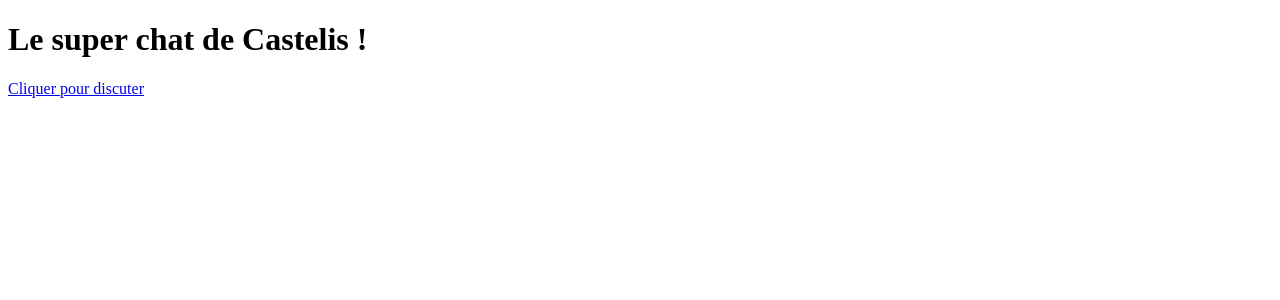
Repository: ahamie71/Whatsup
Page: http://localhost/
These files come from the project's save history. The page is drawn as it stood at one moment and after the next save; the edit follows.
The browser window is 1280 px wide. The pictures show the whole page.
The page is run by PHP 8.4 with error messages shown; the project is at /var/www/html/.

Above is the page before, as saved 2023-02-02 11:34:38.

After the next save:
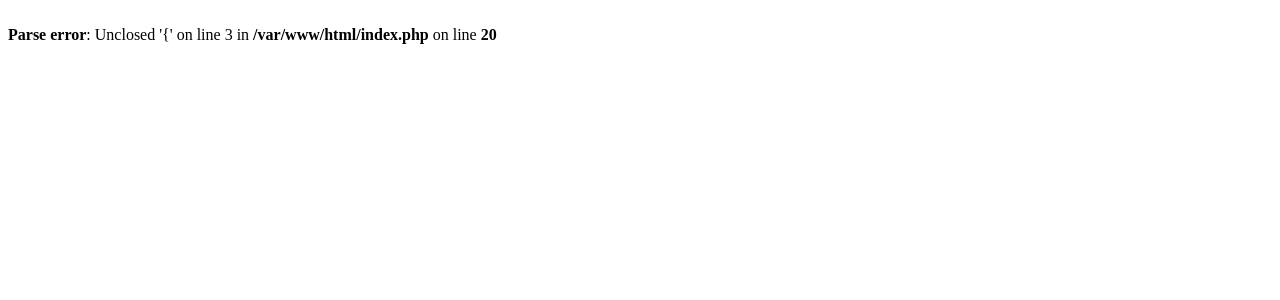
Saved 10 s later.
--- a/index.php
+++ b/index.php
@@ -5,7 +5,7 @@
     if ($_GET['action'] == 'discuter') {
         require_once(dirname(__FILE__) . '/src/Controllers/MessageController.php');
         getMessages();
-    } }
+    }
     else {
         require_once(dirname(__FILE__) . '/src/Controllers/homepageController.php');
         homepage();

After the save that followed:
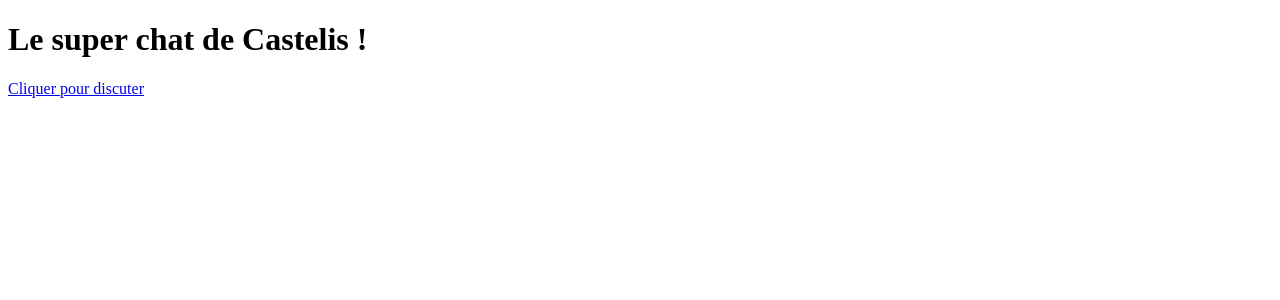
Saved 4 s later.
--- a/index.php
+++ b/index.php
@@ -5,7 +5,7 @@
     if ($_GET['action'] == 'discuter') {
         require_once(dirname(__FILE__) . '/src/Controllers/MessageController.php');
         getMessages();
-    }
+    }}
     else {
         require_once(dirname(__FILE__) . '/src/Controllers/homepageController.php');
         homepage();
